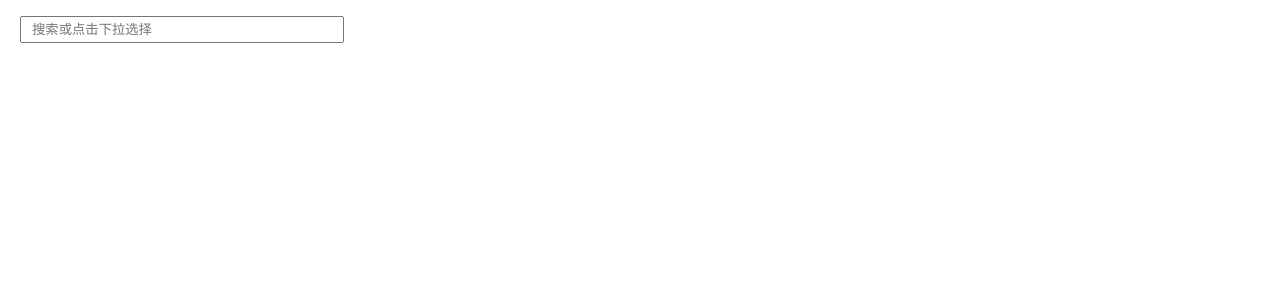
Repository: spring011/jquery-cascader
Page: index.html
An editor plug-in stored every save of this project. The page is shown before and after the next save, followed by the edit.
The browser window is 1280 px wide. The pictures show the whole page.
Some web libraries are served in a nearby version.

Above is the page before, as saved 2020-06-28 18:26:33.

After the next save:
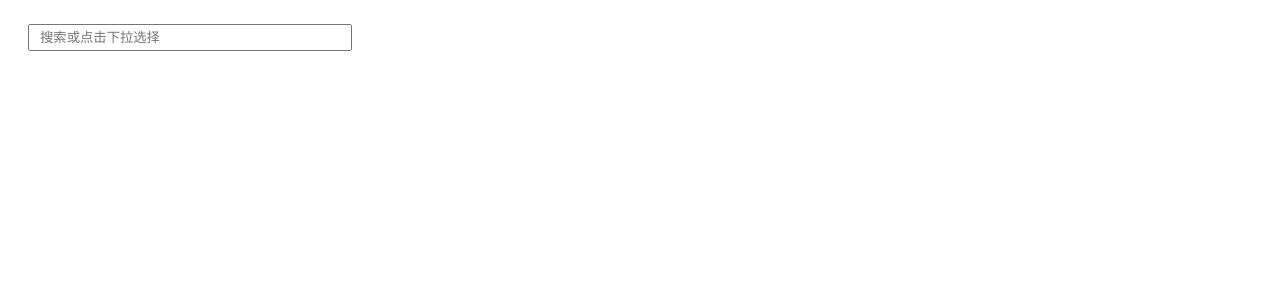
Saved 13 s later.
--- a/index.html
+++ b/index.html
@@ -17,7 +17,7 @@
     <style>
         #cascaderbox {
             width: 360px;
-            margin: 12px;
+            margin: 20px;
         }
         #cascaderbox .searchtxt {
             padding: 4px 10px;
